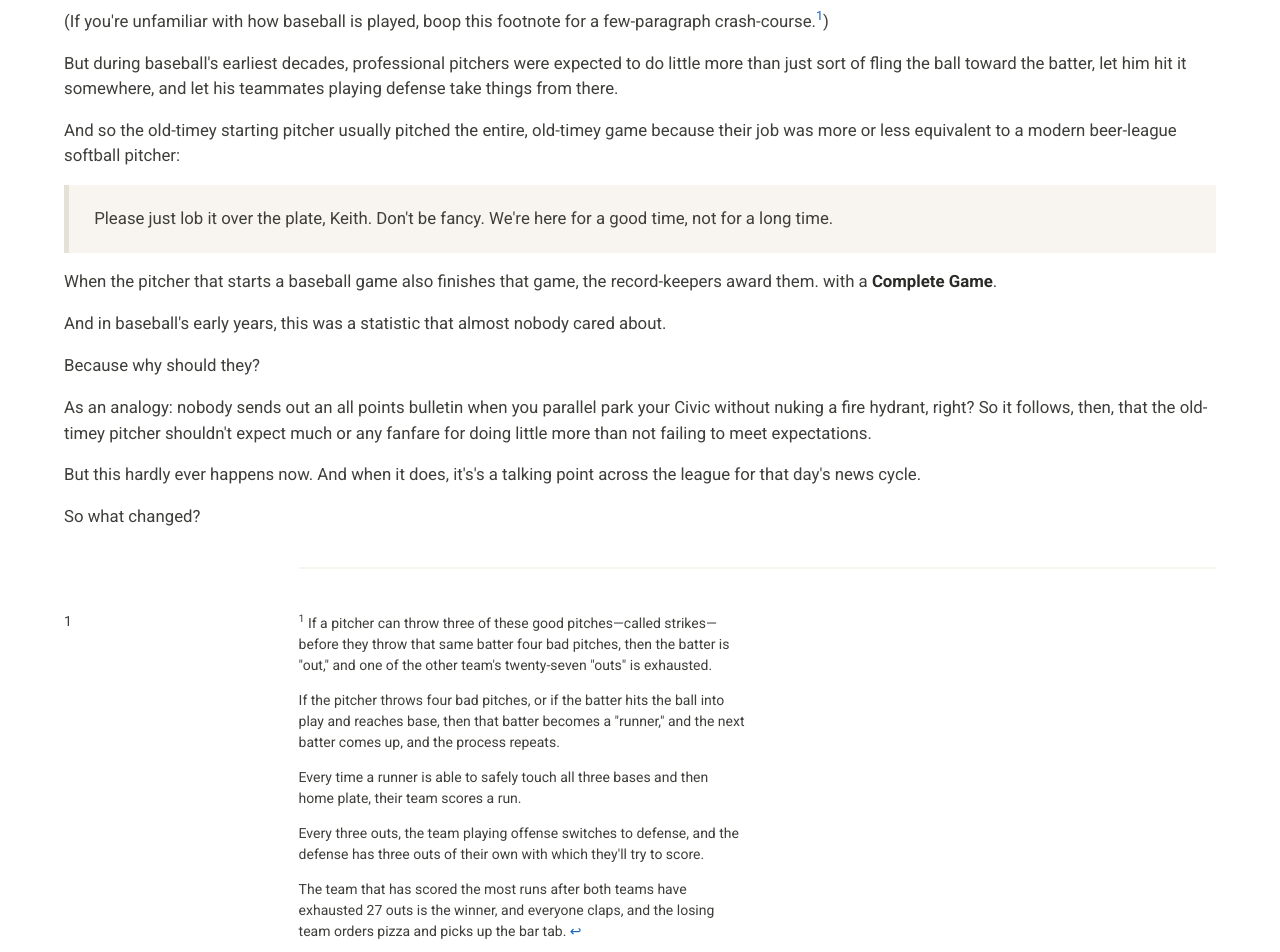
Repository: obverter/complete-games-are-done
Page: index.html
An editor plug-in stored every save of this project. The page is shown before and after the next save, followed by the edit.
The browser window is 1280 px wide. The pictures show the part of the page from y = 213 to 1165 px (the page is 1165 px tall).

Above is the page before, as saved 2022-06-25 08:08:51.

### index.html
<!DOCTYPE html>
<html>
    <head>
        <meta charset="utf-8" />
        <meta name="viewport" content="width=device-width, initial-scale=1" />
        <title>Complete Games Are Done</title>
        <!-- todo: Title above is the text in the browser tab. -->
        <link rel="stylesheet" href="docs/bulmaswap.min.css" />
    </head>

    <body>
        <div class="container is-multiline">
            <h1 class="title is-2">The Complete Game is Done</h1>
            <!-- todo: Title above is the Content title. -->
            <p class="subtitle is-4">
                Once upon a time, professional baseball teams typically used one
                pitcher each day. So why do modern teams usually use three, four
                — or sometimes up to 10 — pitchers per game?
                <!-- todo: Subtitle above is the Content subtitle. -->
            </p>

            <h6 class="title is-6">Ben Elliott <code>@obverter</code></h6>
            <h6 class="subtitle is-7"><em>June 2022</em></h6>
            <div class="content">
                <p>
                    In the game of baseball, the pitcher's most basic goal—to
                    throw three hittable pitches past the batter without the
                    batter hitting the ball into play—has never changed.
                </p>
                <p>
                    (If you're unfamiliar with how baseball is played, boop this
                    footnote for a few-paragraph crash-course.<sup
                        ><a href="#fn1" id="ref1">1</a></sup
                    >)
                </p>
                <p>
                    But during baseball's earliest decades, professional
                    pitchers were expected to do little more than just sort of
                    fling the ball toward the batter, let him hit it somewhere,
                    and let his teammates playing defense take things from
                    there.
                </p>
                <p>
                    And so the old-timey starting pitcher usually pitched the
                    entire, old-timey game because their job was more or less
                    equivalent to a modern beer-league softball pitcher:
                </p>
                <blockquote>
                    Please just lob it over the plate, Keith. Don't be fancy.
                    We're here for a good time, not for a long time.
                </blockquote>
                <p>
                    When the pitcher that starts a baseball game also finishes
                    that game, the record-keepers award them. with a
                    <strong>Complete Game</strong>.
                </p>
                <p>
                    And in baseball's early years, this was a statistic that
                    almost nobody cared about.
                </p>
                <p>Because why should they?</p>
                <p>
                    As an analogy: nobody sends out an all points bulletin when
                    you parallel park your Civic without nuking a fire hydrant,
                    right? So it follows, then, that the old-timey pitcher
                    shouldn't expect much or any fanfare for doing little more
                    than not failing to meet expectations.
                </p>
                <p>
                    But this hardly ever happens now. And when it does, it's's a
                    talking point across the league for that day's news cycle.
                </p>
                <p>So what changed?</p>
                <!-- todo: FOOTNOTES -->
                <div class="columns">
                    <div class="column is-one-fifth"></div>
                    <div class="column is-one-half">
                        <hr />
                    </div>
                </div>

                <div class="columns is-size-6 is-justify-content-right">
                    <div class="column is-one-fifth">1</div>
                    <!-- todo: ↘ FOOTNOTES GO HERE ↙ -->
                    <div class="column is-two-fifths">
                        <p>
                            <sup>1</sup> If a pitcher can throw three of these
                            good pitches—called strikes—before they throw that
                            same batter four bad pitches, then the batter is
                            "out," and one of the other team's twenty-seven
                            "outs" is exhausted.
                        </p>
                        <p>
                            If the pitcher throws four bad pitches, or if the
                            batter hits the ball into play and reaches base,
                            then that batter becomes a "runner," and the next
                            batter comes up, and the process repeats.
                        </p>
                        <p>
                            Every time a runner is able to safely touch all
                            three bases and then home plate, their team scores a
                            run.
                        </p>
                        <p>
                            Every three outs, the team playing offense switches
                            to defense, and the defense has three outs of their
                            own with which they'll try to score.
                        </p>
                        <p>
                            The team that has scored the most runs after both
                            teams have exhausted 27 outs is the winner, and
                            everyone claps, and the losing team orders pizza and
                            picks up the bar tab.
                            <a
                                href="#ref1"
                                title="Jump back to footnote 1 in the text."
                                >↩</a
                            >
                        </p>
                    </div>
                </div>

                <!-- <div class="column">3</div>
                <div class="column">4</div>
            <div class="column">5</div> -->
            </div>
        </div>
    </body>
</html>

Loaded but not shown: docs/bulmaswap.min.css (library)

After the next save:
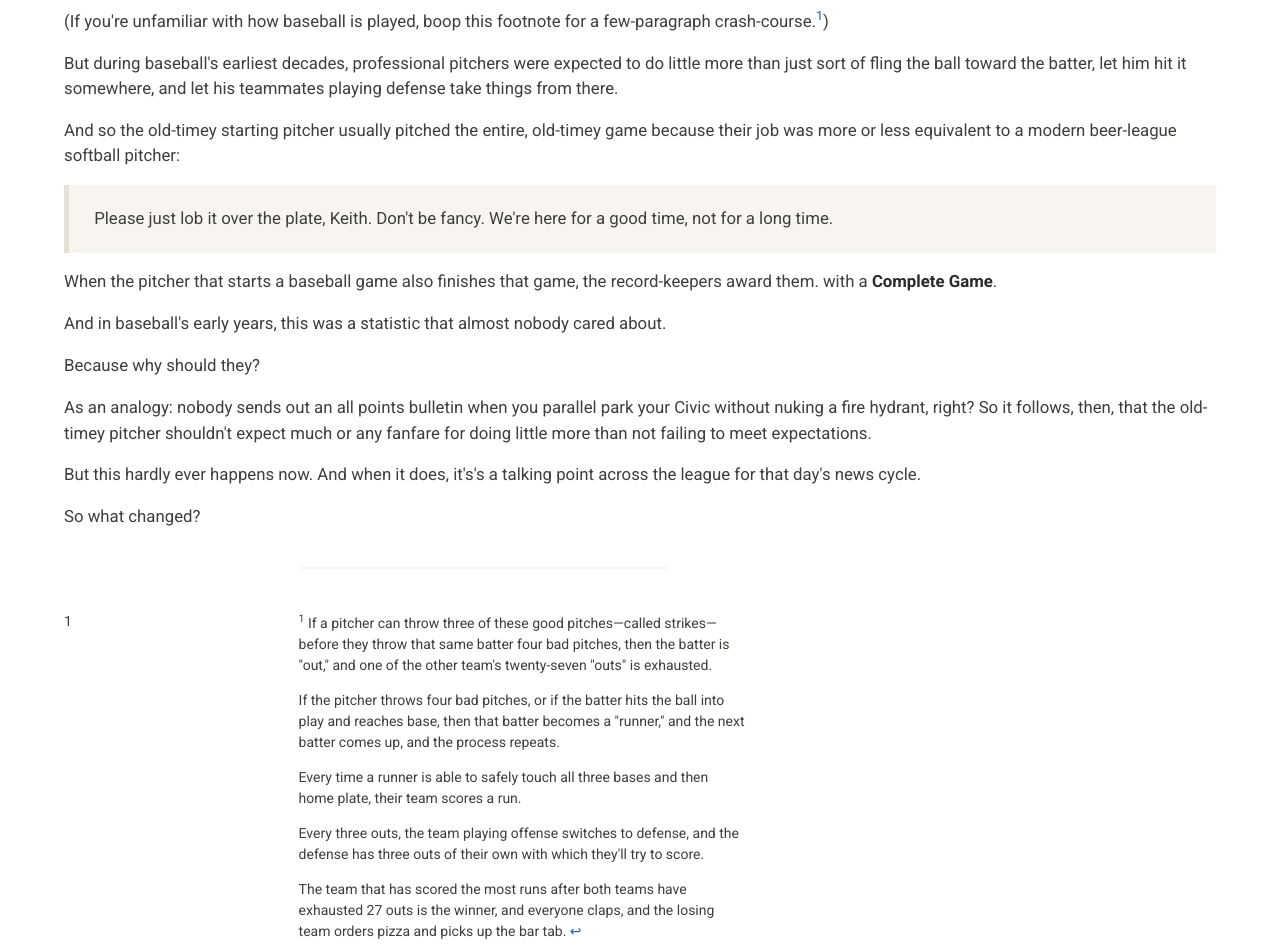
Saved 8 s later.
--- a/index.html
+++ b/index.html
@@ -74,7 +74,7 @@
                 <!-- todo: FOOTNOTES -->
                 <div class="columns">
                     <div class="column is-one-fifth"></div>
-                    <div class="column is-one-half">
+                    <div class="column is-one-third">
                         <hr />
                     </div>
                 </div>
